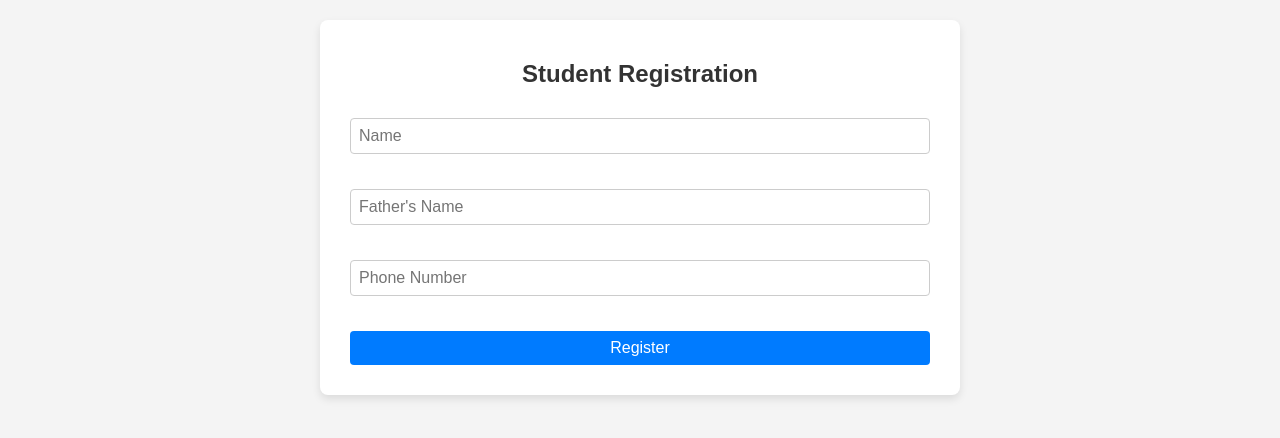
Repository: pripriya09/StudentID-Card-Download
Page: / (app in frontend/)
The author's editor kept a copy of each file at every save. The page is drawn from the files as they stood at one save, then again after the next save.
The browser window is 1280 px wide. The pictures show the whole page.
The project was rebuilt for these pictures with package versions that can differ from the ones it lists, and the page was loaded fresh each time. Also part of the build but not shown: frontend/vite.config.js.

Above is the page before, as saved 2025-01-07 11:39:30.

### frontend/src/main.jsx
import React from 'react'
import ReactDOM from 'react-dom/client'
// import App from './App'
// import './index.css'
import Form from './Form.jsx'
// import IDCardForm from './copy form/IDCardForm.jsx'

ReactDOM.createRoot(document.getElementById('root')).render(
  <React.StrictMode>
    {/* <App /> */}
    <Form/>
    {/* <IDCardForm/> */}
  </React.StrictMode>,
)

### frontend/src/Form.jsx
import React, { useState } from "react";
import axios from "axios";
import "./App.css"
import jsPDF from "jspdf";
const Form = () => {
  const [formData, setFormData] = useState({
    name: "",
    fatherName: "",
    phoneNumber: "",
  });
  const [registrationNumber, setRegistrationNumber] = useState("");
  const [studentData, setStudentData] = useState(null);


  const handleSubmit = async (e) => {
    e.preventDefault();

    try {

      const response = await axios.post("http://localhost:6009/api/students", formData);
      const result = response.data;


      setStudentData({
        ...formData,
        registrationNumber: result.registrationNumber,
      });


      setFormData({
        name: "",
        fatherName: "",
        phoneNumber: "",
      });
    } catch (error) {
      console.error("Error sending data:", error);
    }
  };

  const handleChange = (e) => {
    setFormData({ ...formData, [e.target.name]: e.target.value });
  };


//   const handleSearch = async (e) => {
//     e.preventDefault();

//     try {
//       const response = await axios.get(`http://localhost:6009/api/students/${registrationNumber}`);
//       const result = response.data;


//       if (result) {
//         setStudentData(result);
//       } else {
//         alert("Student not found!");
//       }

//       setRegistrationNumber("");
//     } catch (error) {
//       console.error("Error fetching data:", error);
//     }
//   };

//  const handleDownload = () => {
//     if (studentData) {
//       const fileData = JSON.stringify(studentData, null, 2);
//       const blob = new Blob([fileData], { type: "application/json" });
//       const link = document.createElement("a");
//       link.href = URL.createObjectURL(blob);
//       link.download = `${studentData.registrationNumber}_ID_Card.json`; // Filename based on registration number
//       link.click();

//       setFormData({
//         name: "",
//         fatherName: "",
//         phoneNumber: "",
//       });
//       setStudentData(null);
//     }
//   };

  const handleDownloadtext = () => {
    if (studentData) {

      const fileData = `
        Name: ${studentData.name}
        Father's Name: ${studentData.fatherName}
        Phone Number: ${studentData.phoneNumber}
        Registration Number: ${studentData.registrationNumber}`;
      const blob = new Blob([fileData], { type: "text/plain" });

      const link = document.createElement("a");
      link.href = URL.createObjectURL(blob);
      link.download = `${studentData.registrationNumber}_ID_Card.txt`;
      link.click();

      setFormData({
        name: "",
        fatherName: "",
        phoneNumber: "",
      });
      setStudentData(null);
    }
  };


  function handleDownloadPDF() {
    if (studentData) {
      let PDFdocument = new jsPDF();
      const studentInfo = `
        Student ID Card
        Name: ${studentData.name}
        Father's Name: ${studentData.fatherName}
        Phone: ${studentData.phoneNumber}
        Registration Number: ${studentData.registrationNumber}
      `;

      PDFdocument.text(studentInfo, 10, 10);
      PDFdocument.save(`${studentData.registrationNumber}_ID_Card.pdf`);
      PDFdocument = null;
    }
  }

  return (
    <div className="App">
      <h2>Student Registration</h2>


      <form onSubmit={handleSubmit}>
        <input
          type="text"
          name="name"
          placeholder="Name"
          value={formData.name}
          onChange={handleChange}
          required
        />
        <input
          type="text"
          name="fatherName"
          placeholder="Father's Name"
          value={formData.fatherName}
          onChange={handleChange}
          required
        />
        <input
          type="tel"
          name="phoneNumber"
          placeholder="Phone Number"
          value={formData.phoneNumber}
          onChange={handleChange}
          required
        />
        <button type="submit">Register</button>
      </form>


      {/* <h2>Search by Registration Number</h2>
      <form onSubmit={handleSearch}>
        <input
          type="text"
          placeholder="Enter Registration Number"
          value={registrationNumber}
          onChange={(e) => setRegistrationNumber(e.target.value)}
          required
        />
        <button type="submit">Search</button>
      </form> */}
{/* --------------------------------------------------display data -->> */}
      {studentData && (
        <div className="id-card">
          <h3>ID Card</h3>
          <p>Name: {studentData.name}</p>
          <p>Father's Name: {studentData.fatherName}</p>
          <p>Phone Number: {studentData.phoneNumber}</p>
          <p>Registration Number: {studentData.registrationNumber}</p>
          {/* <button onClick={handleDownload}>Download ID Card</button> */}
           <button onClick={handleDownloadtext}>Download Card In txtfile</button>
           <button onClick={handleDownloadPDF}>Download Card In PDF</button>
        </div>
      )}
    </div>
  );
};

export default Form;

### frontend/src/App.css
.App {
  text-align: center;
  font-family: Arial, sans-serif;
}

form input, form button {
  margin: 10px;
  padding: 8px;
}

/* General styling */
body {
  font-family: Arial, sans-serif;
  background-color: #f4f4f4;
  margin: 0;
  padding: 0;
}

.App {
  max-width: 600px;
  margin: 20px auto;
  padding: 20px;
  background-color: #fff;
  border-radius: 8px;
  box-shadow: 0 4px 8px rgba(0, 0, 0, 0.1);
}

h2 {
  text-align: center;
  color: #333;
}

form {
  display: flex;
  flex-direction: column;
  gap: 15px;
}

input {
  padding: 10px;
  border: 1px solid #ccc;
  border-radius: 4px;
  font-size: 16px;
}

input[type="file"] {
  border: none;
  background-color: transparent;
}

button {
  padding: 12px;
  background-color: #4CAF50;
  color: white;
  border: none;
  border-radius: 4px;
  font-size: 16px;
  cursor: pointer;
}

button:hover {
  background-color: #45a049;
}

h3 {
  text-align: center;
  color: #333;
}

.id-card {
  margin-top: 30px;
  padding: 20px;
  background-color: #fafafa;
  border-radius: 8px;
  border: 1px solid #ddd;
  box-shadow: 0 2px 4px rgba(0, 0, 0, 0.1);
}

.id-card p {
  font-size: 16px;
  color: #333;
}

.profile-image {
  text-align: center;
  margin-bottom: 15px;
}

.profile-image img {
  border-radius: 50%;
  width: 150px;
  height: 150px;
  object-fit: cover;
  margin-bottom: 20px;
}

button {
  display: inline-block;
  margin-top: 10px;
  background-color: #007bff;
}

button:hover {
  background-color: #0056b3;
}

button + button {
  margin-left: 10px;
}

Loaded but not shown: frontend/index.html (common file)

After the next save:
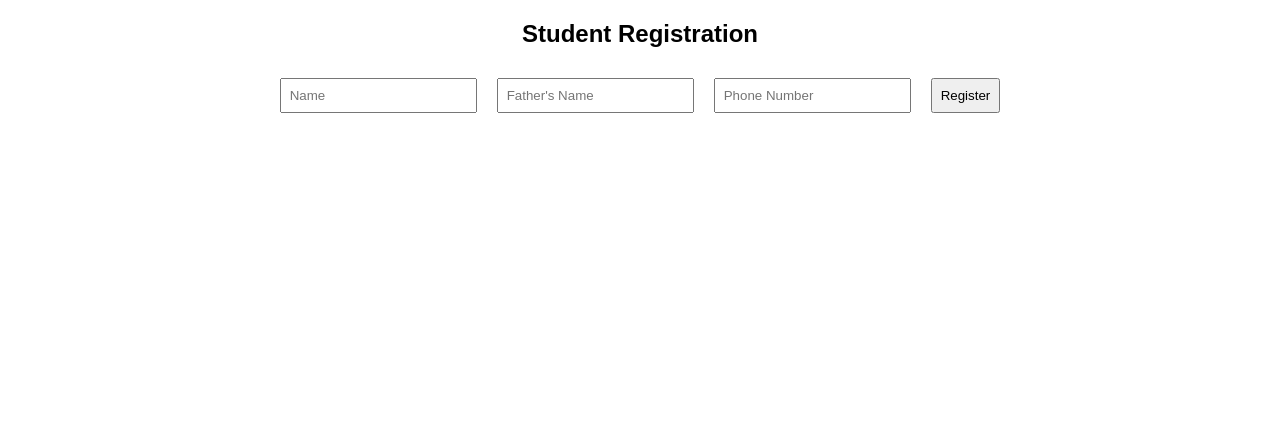
Saved 4 s later.
--- a/frontend/src/App.css
+++ b/frontend/src/App.css
@@ -8,102 +8,9 @@ form input, form button {
   padding: 8px;
 }
 
-/* General styling */
-body {
-  font-family: Arial, sans-serif;
-  background-color: #f4f4f4;
-  margin: 0;
-  padding: 0;
+.id-card {
+  border: 1px solid #ccc;
+  padding: 15px;
+  width: 300px;
+  margin: 20px auto;
 }
-
-.App {
-  max-width: 600px;
-  margin: 20px auto;
-  padding: 20px;
-  background-color: #fff;
-  border-radius: 8px;
-  box-shadow: 0 4px 8px rgba(0, 0, 0, 0.1);
-}
-
-h2 {
-  text-align: center;
-  color: #333;
-}
-
-form {
-  display: flex;
-  flex-direction: column;
-  gap: 15px;
-}
-
-input {
-  padding: 10px;
-  border: 1px solid #ccc;
-  border-radius: 4px;
-  font-size: 16px;
-}
-
-input[type="file"] {
-  border: none;
-  background-color: transparent;
-}
-
-button {
-  padding: 12px;
-  background-color: #4CAF50;
-  color: white;
-  border: none;
-  border-radius: 4px;
-  font-size: 16px;
-  cursor: pointer;
-}
-
-button:hover {
-  background-color: #45a049;
-}
-
-h3 {
-  text-align: center;
-  color: #333;
-}
-
-.id-card {
-  margin-top: 30px;
-  padding: 20px;
-  background-color: #fafafa;
-  border-radius: 8px;
-  border: 1px solid #ddd;
-  box-shadow: 0 2px 4px rgba(0, 0, 0, 0.1);
-}
-
-.id-card p {
-  font-size: 16px;
-  color: #333;
-}
-
-.profile-image {
-  text-align: center;
-  margin-bottom: 15px;
-}
-
-.profile-image img {
-  border-radius: 50%;
-  width: 150px;
-  height: 150px;
-  object-fit: cover;
-  margin-bottom: 20px;
-}
-
-button {
-  display: inline-block;
-  margin-top: 10px;
-  background-color: #007bff;
-}
-
-button:hover {
-  background-color: #0056b3;
-}
-
-button + button {
-  margin-left: 10px;
-}
